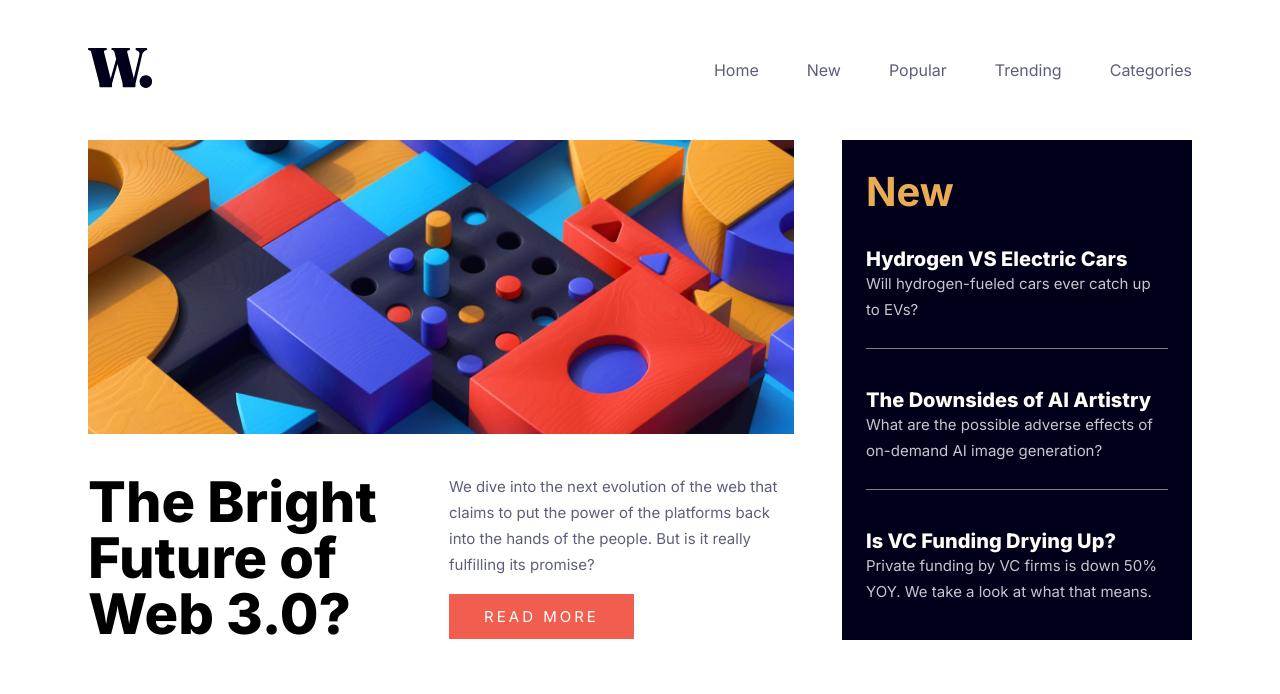
Repository: DevAntonioRogers/FrontendMentor-News-Homepage
Page: index.html
The author's editor kept a copy of each file at every save. The page is drawn from the files as they stood at one save, then again after the next save.
The browser window is 1280 px wide. The pictures show the whole page.

Above is the page before, as saved 2023-04-21 13:13:44.

After the next save:
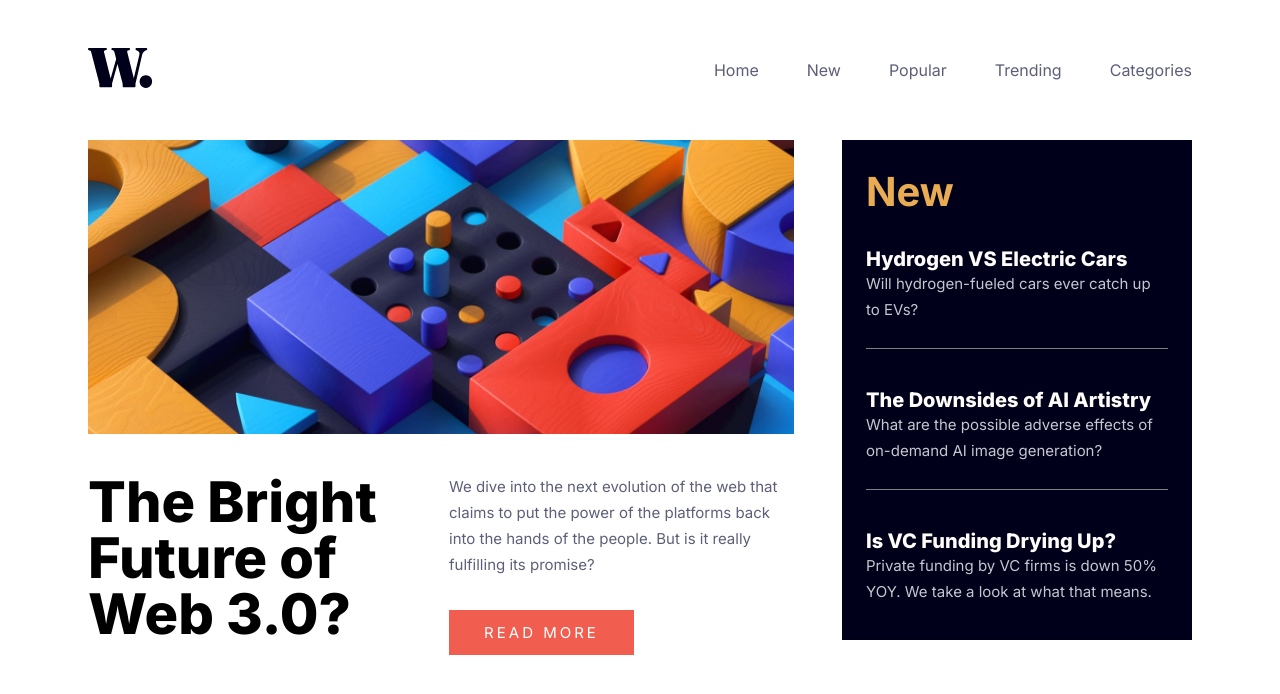
Saved 8 s later.
--- a/styles.css
+++ b/styles.css
@@ -100,7 +100,7 @@ nav{
   font-size: 15px;
   line-height: 26px;
   color: hsl(236, 13%, 42%);
-  margin-bottom: 1rem;
+  margin-bottom: 2rem;
 }
 
 
